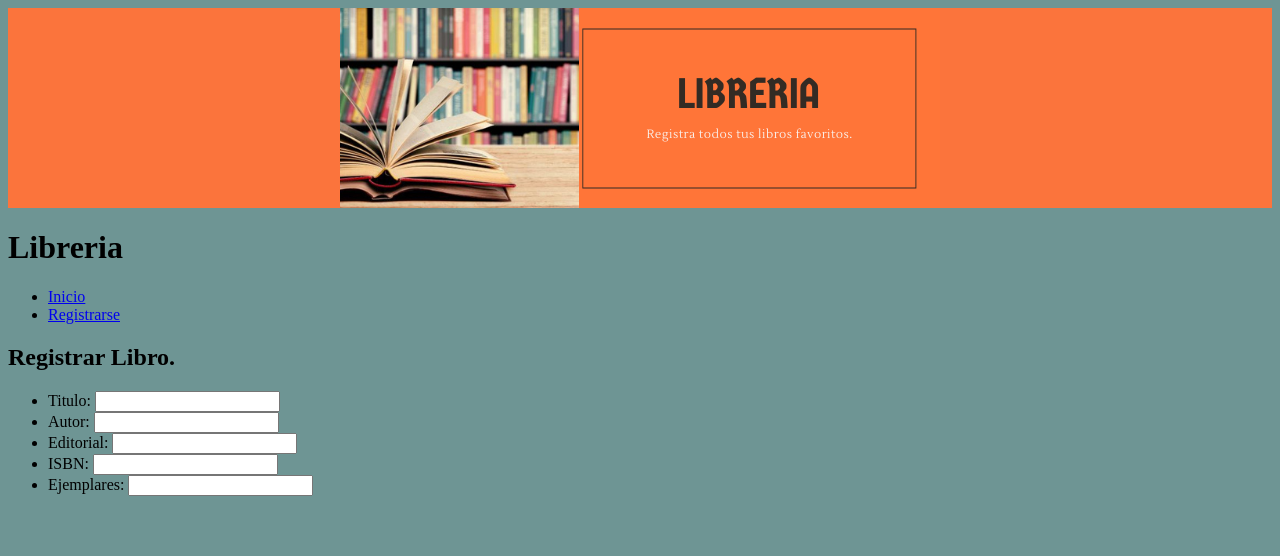
Repository: frnalonso/libreria
Page: src/main/resources/templates/registro.html
The author's editor kept a copy of each file at every save. The page is drawn from the files as they stood at one save, then again after the next save.
The browser window is 1280 px wide. The pictures show the whole page.

Above is the page before, as saved 2021-11-02 10:28:47.

After the next save:
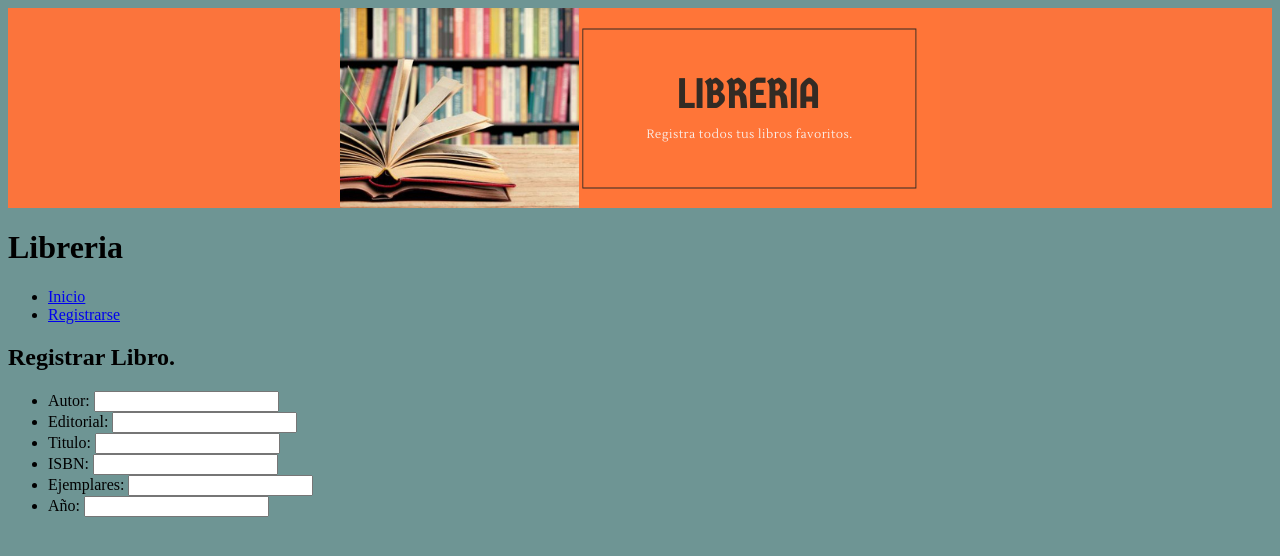
Saved 2 min 12 s later.
--- a/src/main/resources/templates/registro.html
+++ b/src/main/resources/templates/registro.html
@@ -37,11 +37,12 @@
             <div class="content">
                 <form action="/registrar" method="post" enctype="multipart/form-data">
                     <ul>
-                        <li><label for="">Titulo: </label><input type="text" th:value="${tituloLibro}"></li>
                         <li><label for="">Autor: </label><input type="text" th:value="${nombreAutor}"></li>
                         <li><label for="">Editorial: </label><input type="text" th:value="${tituloEditorial}"></li>
-                        <li><label for="">ISBN: </label><input type="text"></li>
-                        <li><label for="">Ejemplares: </label><input type="text"></li>
+                        <li><label for="">Titulo: </label><input type="text" th:value="${tituloLibro}"></li>
+                        <li><label for="">ISBN: </label><input type="text" th:value="${isbn}"></li>
+                        <li><label for="">Ejemplares: </label><input type="text" th:value="${ejemplares}"></li>
+                        <li><label for="">Año: </label><input type="text" th:value="${anio}"></li>
                     </ul>
                 </form>
             </div>
